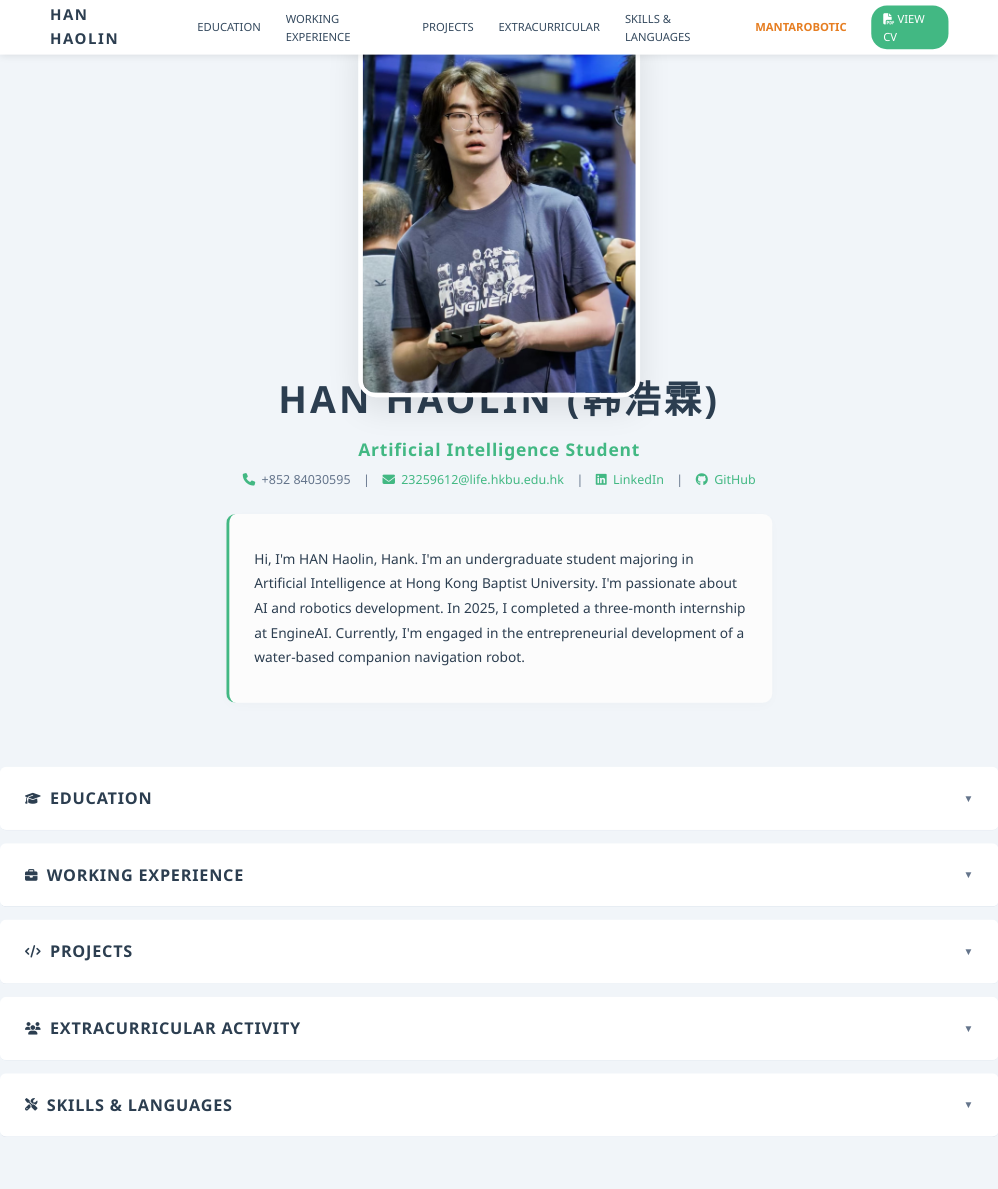
Repository: hhl2802149944-afk/hhl2802149944-afk.github.io
Page: /
The author's editor kept a copy of each file at every save. The page is drawn from the files as they stood at one save, then again after the next save.
The browser window is 1280 px wide. The pictures show the whole page, at 78% of full size.
The project was rebuilt for these pictures with package versions that can differ from the ones it lists, and the page was loaded fresh each time. Also part of the build but not shown: vite.config.js, src/components/ProjectCard.vue, src/views/MantaRoboticView.vue.

Above is the page before, as saved 2026-01-22 11:27:54.

After the next save:
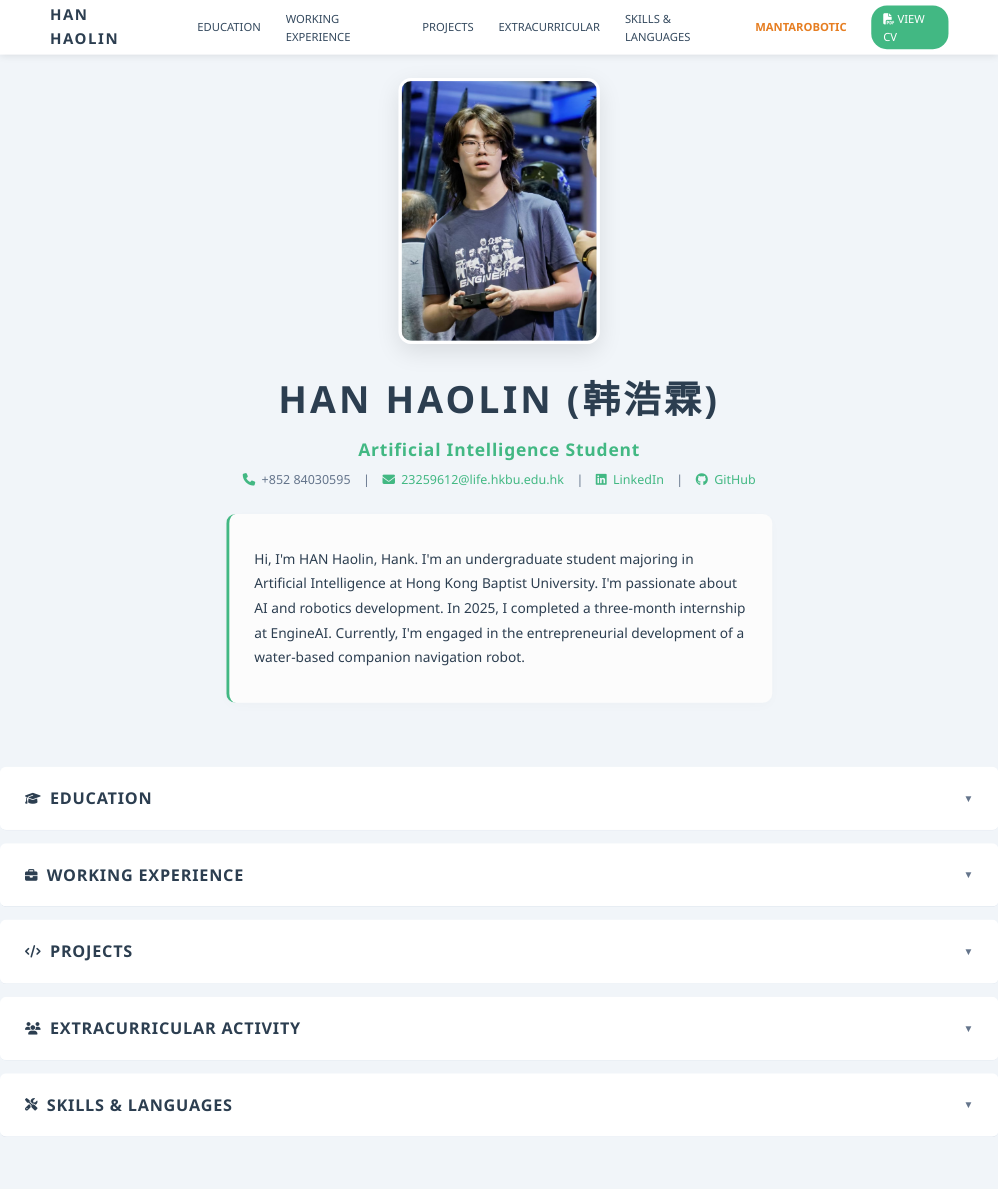
Saved 34 s later.
--- a/src/components/ResumeHeader.vue
+++ b/src/components/ResumeHeader.vue
@@ -101,7 +101,7 @@ h1 {
   overflow: hidden;
   box-shadow: 0 10px 30px rgba(0,0,0,0.1);
   border: 4px solid white;
-  transform: scale(1.4); /* 放大 120% */
+  transform: scale(1); /* 放大 120% */
   transform-origin: center;
 }
 
